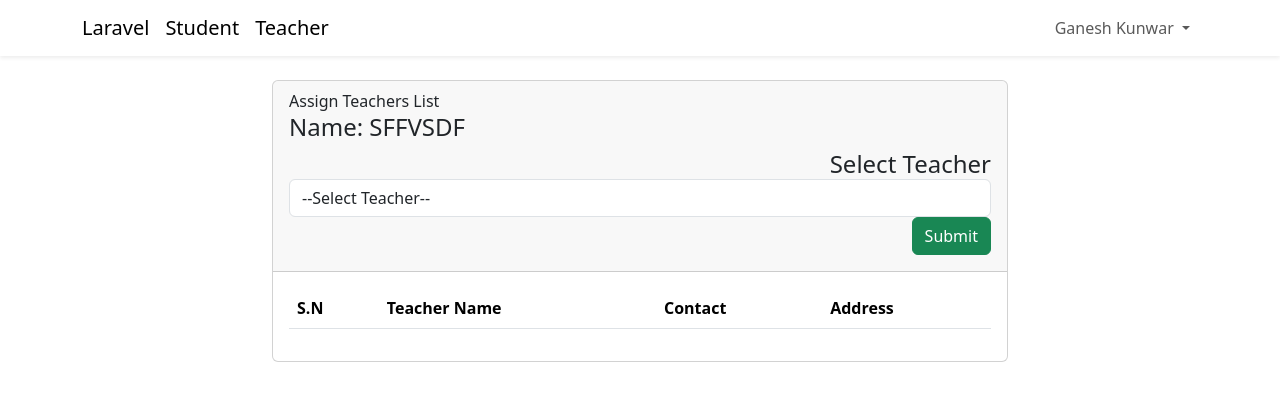
Repository: kunwarganesh07/Example
Page: http://localhost/assign/teachers/4
These files come from the project's save history. The page is drawn as it stood at one moment and after the next save; the edit follows.
The browser window is 1280 px wide. The pictures show the whole page.
The page is served by the project's Laravel application, run on PHP 8.4 with Laravel 12. The first stored user is signed in. Other server files are loaded and not shown. The database holds what the project's SQL file puts in it.

Above is the page before, as saved 2025-11-19 14:53:17.

### routes/web.php
<?php


use App\Http\Controllers\HomeController;
use App\Http\Controllers\StudentController;
use App\Http\Controllers\TeacherController;
use Illuminate\Support\Facades\Auth;
use Illuminate\Support\Facades\Route;

Route::get('/', function () {
    return view('welcome');
});

Auth::routes();
Route::group(['middleware' => 'auth'], function () {
    Route::get('/home', [HomeController::class, 'index'])->name('home');
    Route::get('/student', [StudentController::class, 'index'])->name('student.index');
    Route::get('/student/create', [StudentController::class, 'create'])->name('student.create');
    Route::post('store', [StudentController::class, 'store'])->name('store');
    Route::put('update/{id}', [StudentController::class, 'update'])->name('students.update');
    Route::delete('delete/{id}', [StudentController::class, 'destroy'])->name('students.delete');

    Route::get('student/edit/{id}', [StudentController::class, 'edit'])->name('students.edit');
    Route::get('student/profile/{id}', [StudentController::class, 'profile'])->name('students.profile');
    Route::put('students/profileupdate', [StudentController::class, 'profileupdate'])->name('students.profileupdate');
    Route::get('student/fees/{id}', [StudentController::class, 'fees'])->name('students.fees');
    Route::get('pay/fees/{id}', [StudentController::class, 'pay'])->name('pay.fees');
    Route::post('fees/store', [StudentController::class, 'feesstore'])->name('fees.store');
    Route::get('assign/teachers/{id}', [StudentController::class, 'assignteacher'])->name('assign.teachers');






    Route::get('/teachers', [TeacherController::class, 'index'])->name('teachers.index');
    Route::get('/teachers/create', [TeacherController::class, 'create'])->name('teachers.create');
    Route::post('/teachers/store', [TeacherController::class, 'store'])->name('teachers.store');
});

### app/Http/Controllers/StudentController.php
<?php

namespace App\Http\Controllers;

use App\Models\Student;
use App\Models\StudentFees;
use App\Models\StudentProfile;
use App\Models\Teacher;
use Illuminate\Http\Request;

class StudentController extends Controller
{
    /**
     * Display a listing of the resource.
     */
    public function index()
    {
        // $student = Student::all();
        $student = Student::with('profile')->get();
        return view('student.index', compact('student'));
    }

    /**
     * Show the form for creating a new resource.
     */
    public function create()
    {
        return view('student.create');
    }

    /**
     * Store a newly created resource in storage.
     */
    public function store(Request $request)
    {
        // dd($request->all());

        $image = '';
        if ($request->hasFile('image')) {
            $image = time() . '.' . $request->image->extension();
            $request->image->move(public_path('upload/images'), $image);
        }

        $student = new Student();
        $student->name = $request->name;
        $student->contact = $request->contact;
        $student->address = $request->address;
        $student->image = $image;
        $student->save();
        return redirect()->route('student.index');
    }

    /**
     * Display the specified resource.
     */
    public function show(string $id)
    {
        //
    }

    /**
     * Show the form for editing the specified resource.
     */
    public function edit(string $id)
    {
        // dd($id);
        $student = Student::findOrfail($id);
        return view('student.edit', compact('student'));
    }

    /**
     * Update the specified resource in storage.
     */
    public function update(Request $request, string $id)
    {


        $data = Student::findOrfail($id);


        $image = $data->image;
        if ($request->hasFile('image')) {
            $image = time() . '.' . $request->image->extension();
            $request->image->move(public_path('upload/images'), $image);
        }


        $data->name = $request->name;
        $data->address = $request->address;
        $data->contact = $request->contact;
        $data->image = $image;
        $data->save();

        return redirect()->route('student.index');
    }

    /**
     * Remove the specified resource from storage.
     */
    public function destroy(string $id)
    {
        $data = Student::findOrfail($id);
        $data->delete();
        return redirect()->route('student.index');
        // dd('DELETE STUDENT');
    }

    public function profile($id)
    {
        $student = Student::findOrfail($id);
        return view('student.profile', compact('student'));
    }

    public function profileupdate(Request $request)
    {
        // dd($request->all());
        $data = new StudentProfile();
        $data->student_id = $request->student_id;
        $data->father_name = $request->father_name;
        $data->class = $request->class;
        $data->save();

        return redirect()->route('student.index');
    }

    public function fees($id)
    {
        // $fees = StudentFees::all();
        $student = Student::with('fees')->findOrFail($id);
        return view('student.fees', compact('student'));
    }
    public function pay($id)
    {
        $student = Student::findOrfail($id);
        return view('student.pay', compact('student'));
    }

    public function feesstore(Request $request)
    {
        // dd($request->all());
        $fees = new StudentFees();
        $fees->student_id = $request->student_id;
        $fees->amount = $request->amount;
        $fees->date = $request->date;
        $fees->message = $request->message;
        $fees->save();
        return redirect()->route('students.fees', $request->student_id);
    }

    public function assignteacher($id)
    {
        $teachers=Teacher::all();
        $data = Student::findOrfail($id);
        return view('student.assignteacher',compact('data','teachers'));
    }
}

### app/Models/Teacher.php
<?php

namespace App\Models;

use Illuminate\Database\Eloquent\Model;

class Teacher extends Model
{
    protected $fillable = ['name', 'address', 'contact'];
}

### app/Models/Student.php
<?php

namespace App\Models;

use Illuminate\Database\Eloquent\Model;

class Student extends Model
{
    protected $fillable = ['name', 'address', 'contact'];

    public function profile()
    {
        return $this->hasOne(StudentProfile::class);
    }

    public function fees()
    {
        return $this->hasMany(StudentFees::class);
    }
}

### resources/views/student/assignteacher.blade.php
@extends('layouts.app')

@section('content')
    <div class="container">
        <div class="row justify-content-center">
            <div class="col-md-8">
                <div class="card">
                    <div class="card-header">{{ __('Assign Teachers List') }}
                        <h4>Name: {{ $data->name }}</h4>
                        <h4 class="text-end">
                            <form action="" method="POST">
                                @csrf
                                <div class="form-group">
                                    <label for="">Select Teacher</label>
                                    <Select class="form-control">
                                        <option value="" selected disabled>--Select Teacher--</option>
                                        @foreach ($teachers as $teacher)
                                            <option value="{{ $teacher->id }}">{{ $teacher->name }}</option>
                                        @endforeach
                                    </Select>

                                    <button type="submit" class="btn btn-success">Submit</button>
                                </div>
                            </form>
                        </h4>
                    </div>

                    <div class="card-body">
                        <table class="table">
                            <thead>
                                <th>S.N</th>
                                <th>Teacher Name</th>
                                <th>Contact</th>
                                <th>Address</th>
                            </thead>
                            <tbody>
                                {{-- @foreach ($student->fees as $data)
                                    <tr>
                                        <td>{{ $loop->iteration }}</td>
                                        <td>{{ $data->amount }}</td>
                                        <td>{{ $data['date'] }}</td>
                                        <td>{{ $data['message'] }}</td>

                                    </tr>
                                @endforeach --}}
                            </tbody>
                        </table>
                    </div>
                </div>
            </div>
        </div>
    </div>
@endsection

### resources/views/layouts/app.blade.php
<!doctype html>
<html lang="{{ str_replace('_', '-', app()->getLocale()) }}">

<head>
    <meta charset="utf-8">
    <meta name="viewport" content="width=device-width, initial-scale=1">

    <!-- CSRF Token -->
    <meta name="csrf-token" content="{{ csrf_token() }}">

    <title>{{ config('app.name', 'Laravel') }}</title>

    <!-- Fonts -->
    <link rel="dns-prefetch" href="//fonts.bunny.net">
    <link href="https://fonts.bunny.net/css?family=Nunito" rel="stylesheet">

    <link rel="stylesheet" href="https://cdn.jsdelivr.net/npm/bootstrap@5.3.8/dist/css/bootstrap.min.css">
    <script src="https://cdn.jsdelivr.net/npm/bootstrap@5.3.8/dist/js/bootstrap.bundle.min.js"></script>
    <!-- Scripts -->
    {{-- @vite(['resources/sass/app.scss', 'resources/js/app.js']) --}}
</head>

<body>
    <div id="app">
        <nav class="navbar navbar-expand-md navbar-light bg-white shadow-sm">
            <div class="container">
                @auth
                    <a class="navbar-brand" href="{{ url('/') }}">
                        {{ config('app.name', 'Laravel') }}
                    </a>
                    <a class="navbar-brand" href="{{ route('student.index') }}">
                        {{ 'Student' }}
                    </a>
                    <a class="navbar-brand" href="{{ route('teachers.index') }}">
                        {{ 'Teacher' }}
                    </a>
                @endauth
                <button class="navbar-toggler" type="button" data-bs-toggle="collapse"
                    data-bs-target="#navbarSupportedContent" aria-controls="navbarSupportedContent"
                    aria-expanded="false" aria-label="{{ __('Toggle navigation') }}">
                    <span class="navbar-toggler-icon"></span>
                </button>

                <div class="collapse navbar-collapse" id="navbarSupportedContent">
                    <!-- Left Side Of Navbar -->
                    <ul class="navbar-nav me-auto">

                    </ul>

                    <!-- Right Side Of Navbar -->
                    <ul class="navbar-nav ms-auto">
                        <!-- Authentication Links -->
                        @guest
                            @if (Route::has('login'))
                                <li class="nav-item">
                                    <a class="nav-link" href="{{ route('login') }}">{{ __('Login') }}</a>
                                </li>
                            @endif

                            @if (Route::has('register'))
                                <li class="nav-item">
                                    <a class="nav-link" href="{{ route('register') }}">{{ __('Register') }}</a>
                                </li>
                            @endif
                        @else
                            <li class="nav-item dropdown">
                                <a id="navbarDropdown" class="nav-link dropdown-toggle" href="#" role="button"
                                    data-bs-toggle="dropdown" aria-haspopup="true" aria-expanded="false" v-pre>
                                    {{ Auth::user()->name }}
                                </a>

                                <div class="dropdown-menu dropdown-menu-end" aria-labelledby="navbarDropdown">
                                    <a class="dropdown-item" href="{{ route('logout') }}"
                                        onclick="event.preventDefault();
                                                     document.getElementById('logout-form').submit();">
                                        {{ __('Logout') }}
                                    </a>

                                    <form id="logout-form" action="{{ route('logout') }}" method="POST" class="d-none">
                                        @csrf
                                    </form>
                                </div>
                            </li>
                        @endguest
                    </ul>
                </div>
            </div>
        </nav>

        <main class="py-4">
            @yield('content')
        </main>
    </div>
</body>

</html>

### example.sql (the tables this page reads)
CREATE TABLE `students` (
  `id` bigint(20) UNSIGNED NOT NULL,
  `name` varchar(255) NOT NULL,
  `contact` varchar(255) NOT NULL,
  `address` varchar(255) NOT NULL,
  `image` varchar(255) DEFAULT NULL,
  `created_at` timestamp NULL DEFAULT NULL,
  `updated_at` timestamp NULL DEFAULT NULL,
  `status` varchar(255) NOT NULL DEFAULT 'on'
) ENGINE=InnoDB DEFAULT CHARSET=utf8mb4 COLLATE=utf8mb4_unicode_ci;

INSERT INTO `students` (`id`, `name`, `contact`, `address`, `image`, `created_at`, `updated_at`, `status`) VALUES
(4, 'SFFVSDF', '4467446667', 'sdfsgrgfdg', '1763283119.png', '2025-11-16 03:06:59', '2025-11-16 03:13:44', 'on'),
(5, 'Keelie Swanson', 'Sit ab architecto ne', 'Anim sit aperiam ess', '1763369195.png', '2025-11-17 03:01:35', '2025-11-17 03:01:35', 'on'),
(6, 'Brenda Talley', 'Officiis fugit amet', 'Non quam cumque cons', '', '2025-11-19 03:49:50', '2025-11-19 03:49:50', 'on');

ALTER TABLE `students`
  ADD PRIMARY KEY (`id`);

ALTER TABLE `students`
  MODIFY `id` bigint(20) UNSIGNED NOT NULL AUTO_INCREMENT, AUTO_INCREMENT=7;

CREATE TABLE `teachers` (
  `id` bigint(20) UNSIGNED NOT NULL,
  `name` varchar(255) NOT NULL,
  `contact` varchar(255) NOT NULL,
  `address` varchar(255) NOT NULL,
  `created_at` timestamp NULL DEFAULT NULL,
  `updated_at` timestamp NULL DEFAULT NULL
) ENGINE=InnoDB DEFAULT CHARSET=utf8mb4 COLLATE=utf8mb4_unicode_ci;

INSERT INTO `teachers` (`id`, `name`, `contact`, `address`, `created_at`, `updated_at`) VALUES
(1, 'DFSDFF', '4467446667', 'Mumbai', '2025-11-13 03:58:11', '2025-11-13 03:58:11'),
(2, 'Quin Roberts', 'Ut nihil quod et nis', 'Elit inventore non', '2025-11-13 04:00:29', '2025-11-13 04:00:29'),
(3, 'Cassandra Merritt', 'Magnam dolores offic', 'Enim non et deleniti', '2025-11-13 05:17:44', '2025-11-13 05:17:44'),
(4, 'Donovan Knox', 'Autem rerum vitae ni', 'Minima id id officia', '2025-11-19 03:22:34', '2025-11-19 03:22:34');

ALTER TABLE `teachers`
  ADD PRIMARY KEY (`id`);

ALTER TABLE `teachers`
  MODIFY `id` bigint(20) UNSIGNED NOT NULL AUTO_INCREMENT, AUTO_INCREMENT=5;

CREATE TABLE `users` (
  `id` bigint(20) UNSIGNED NOT NULL,
  `name` varchar(255) NOT NULL,
  `email` varchar(255) NOT NULL,
  `email_verified_at` timestamp NULL DEFAULT NULL,
  `password` varchar(255) NOT NULL,
  `remember_token` varchar(100) DEFAULT NULL,
  `created_at` timestamp NULL DEFAULT NULL,
  `updated_at` timestamp NULL DEFAULT NULL
) ENGINE=InnoDB DEFAULT CHARSET=utf8mb4 COLLATE=utf8mb4_unicode_ci;

INSERT INTO `users` (`id`, `name`, `email`, `email_verified_at`, `password`, `remember_token`, `created_at`, `updated_at`) VALUES
(1, 'Ganesh Kunwar', 'ganeshkunwarnp2003@gmail.com', NULL, '$2y$12$zuws5i1jBM93zn91sRiEWu6/VYwOU5F1pitrW4ArYiTwxixQ1EUNK', NULL, '2025-11-12 03:30:40', '2025-11-12 03:30:40'),
(2, 'Ganesh Kunwar', 'ganeshkunwar2003@gmail.com', NULL, '$2y$12$a4HvYa1hWIEjIiB7NMkWe.LDoonRKvDYdmrJAjtLM3ArhlO4SN0ai', NULL, '2025-11-12 03:34:18', '2025-11-12 03:34:18');

ALTER TABLE `users`
  ADD PRIMARY KEY (`id`),
  ADD UNIQUE KEY `users_email_unique` (`email`);

ALTER TABLE `users`
  MODIFY `id` bigint(20) UNSIGNED NOT NULL AUTO_INCREMENT, AUTO_INCREMENT=3;

Loaded but not shown: app/Http/Controllers/Auth/ConfirmPasswordController.php (common file); app/Http/Controllers/Controller.php (common file); app/Models/User.php (common file)

After the next save:
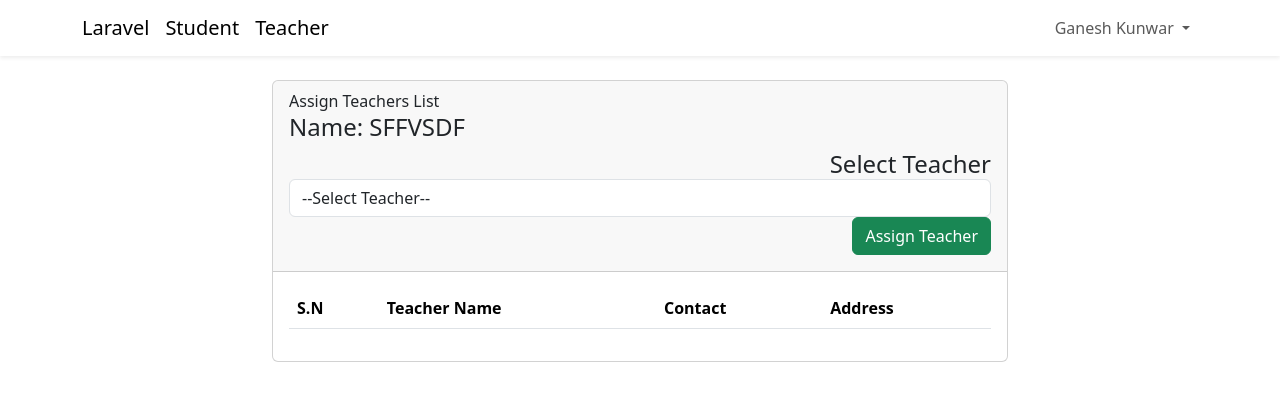
Saved 11 s later.
--- a/resources/views/student/assignteacher.blade.php
+++ b/resources/views/student/assignteacher.blade.php
@@ -19,7 +19,7 @@
                                         @endforeach
                                     </Select>
 
-                                    <button type="submit" class="btn btn-success">Submit</button>
+                                    <button type="submit" class="btn btn-success">Assign Teacher</button>
                                 </div>
                             </form>
                         </h4>
